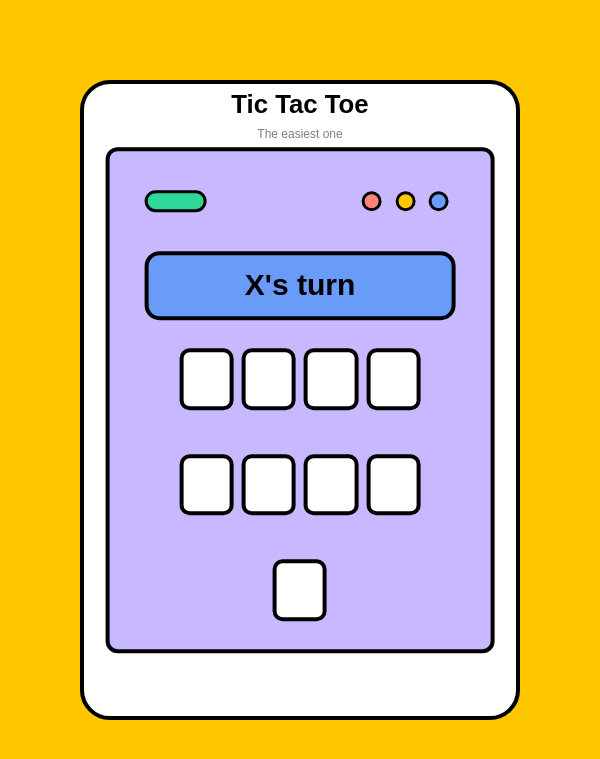
Repository: ThisIsSahaj/Js-Projects
Page: TIcTacToe/index.html
The author's editor kept a copy of each file at every save. The page is drawn from the files as they stood at one save, then again after the next save.
The browser window is 600 px wide. The pictures show the whole page.

Above is the page before, as saved 2024-05-04 12:05:22.

After the next save:
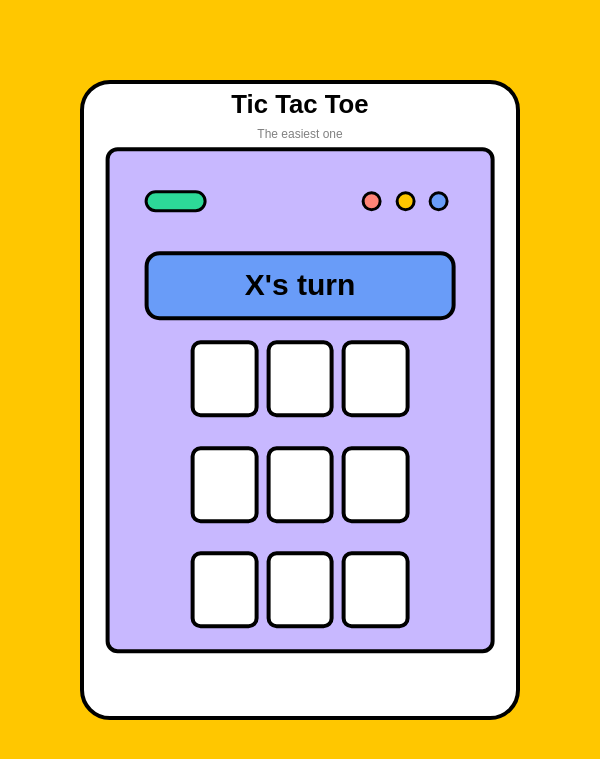
Saved 5 s later.
--- a/TIcTacToe/style.css
+++ b/TIcTacToe/style.css
@@ -264,8 +264,8 @@ html{
         width: 440px;
     }
     .cell{
-        width: 20%;
-        height: 20%;
+        width: 25%;
+        height: 25%;
     }
     .gameBox{
         /* padding: ; */
